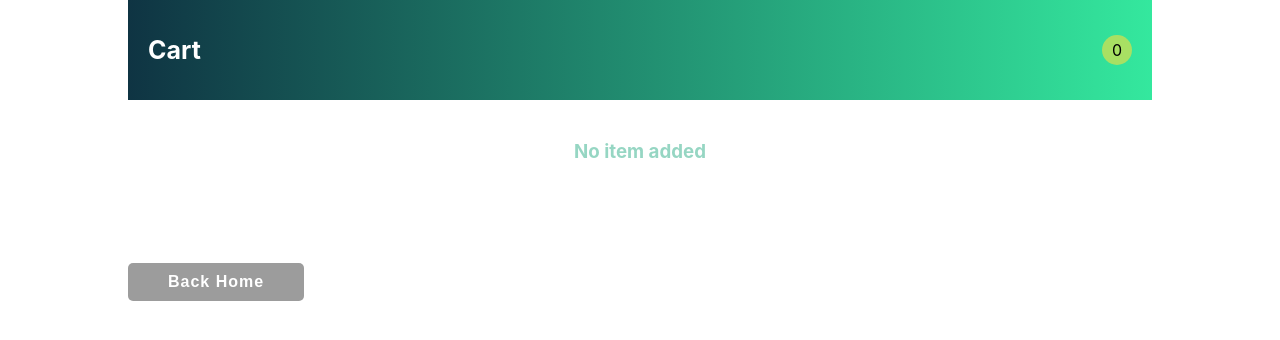
Repository: Yowani24/ecocarbon
Page: /cart
The author's editor kept a copy of each file at every save. The page is drawn from the files as they stood at one save, then again after the next save.
The browser window is 1280 px wide. The pictures show the whole page.
The project was rebuilt for these pictures with package versions that can differ from the ones it lists, and the page was loaded fresh each time. The framework's server and built-in components were replaced by stand-ins that run in the browser. Also part of the build but not shown: next.config.js.

Above is the page before, as saved 2021-09-28 03:55:32.

After the next save:
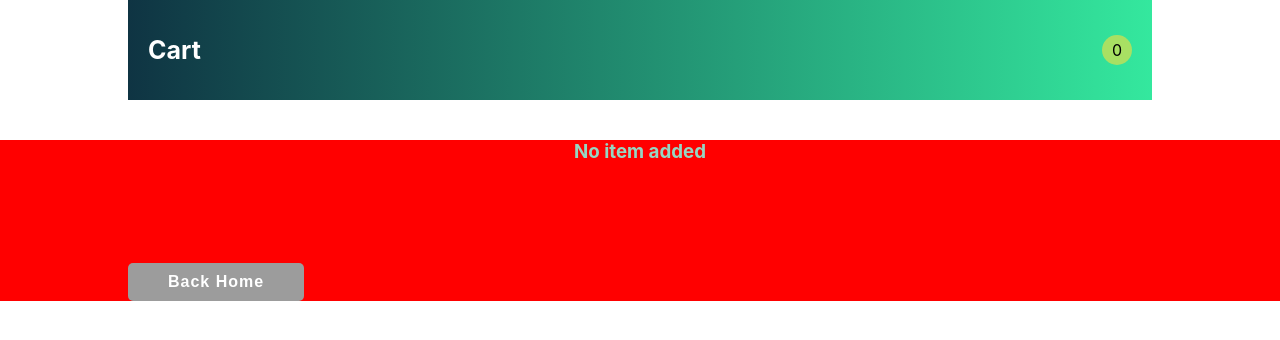
Saved 21 s later.
--- a/pages/cart/Cart.module.css
+++ b/pages/cart/Cart.module.css
@@ -43,6 +43,9 @@
 }
 
 /* ============================== */
+.cart_content{
+    background: red;
+}
 .boxes{
     margin-top: 40px;
 }
